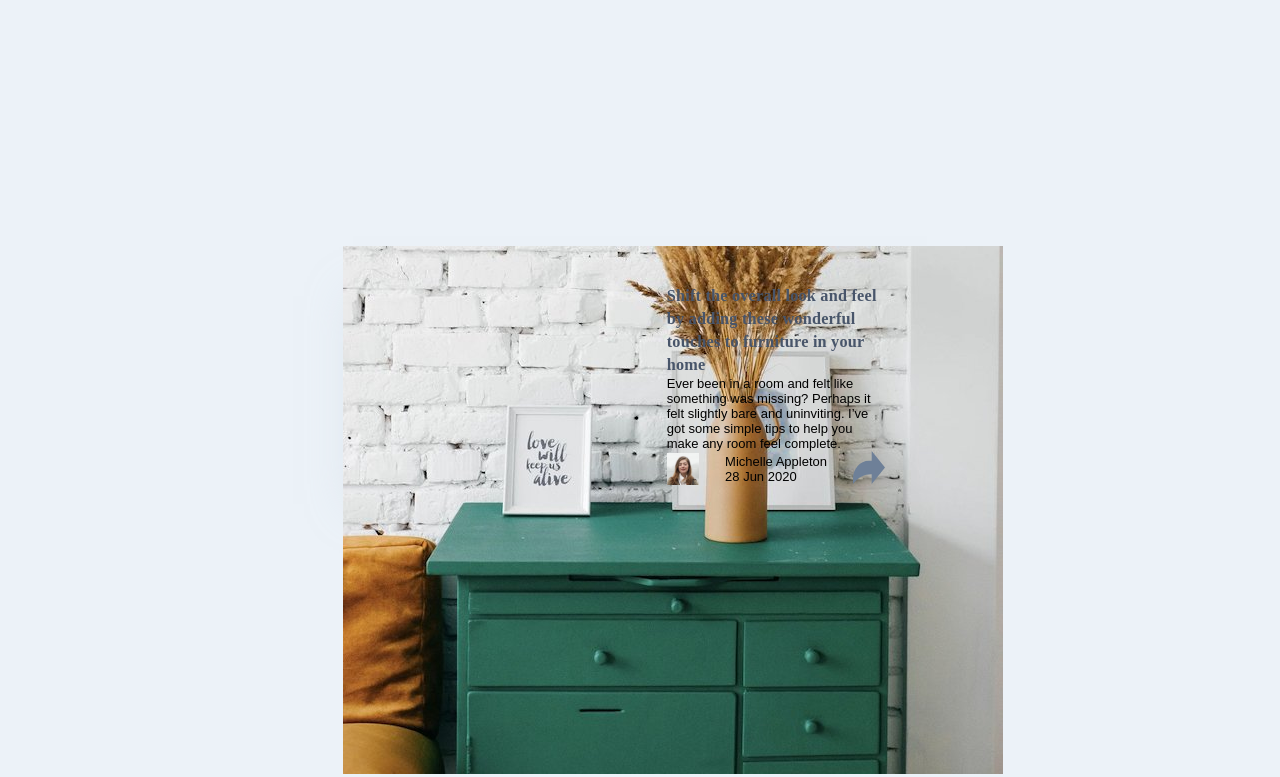
Repository: brandontaylor1/article-preview-component
Page: index.html
These files come from the project's save history. The page is drawn as it stood at one moment and after the next save; the edit follows.
The browser window is 1280 px wide. The pictures show the whole page.

Above is the page before, as saved 2025-01-13 21:49:44.

After the next save:
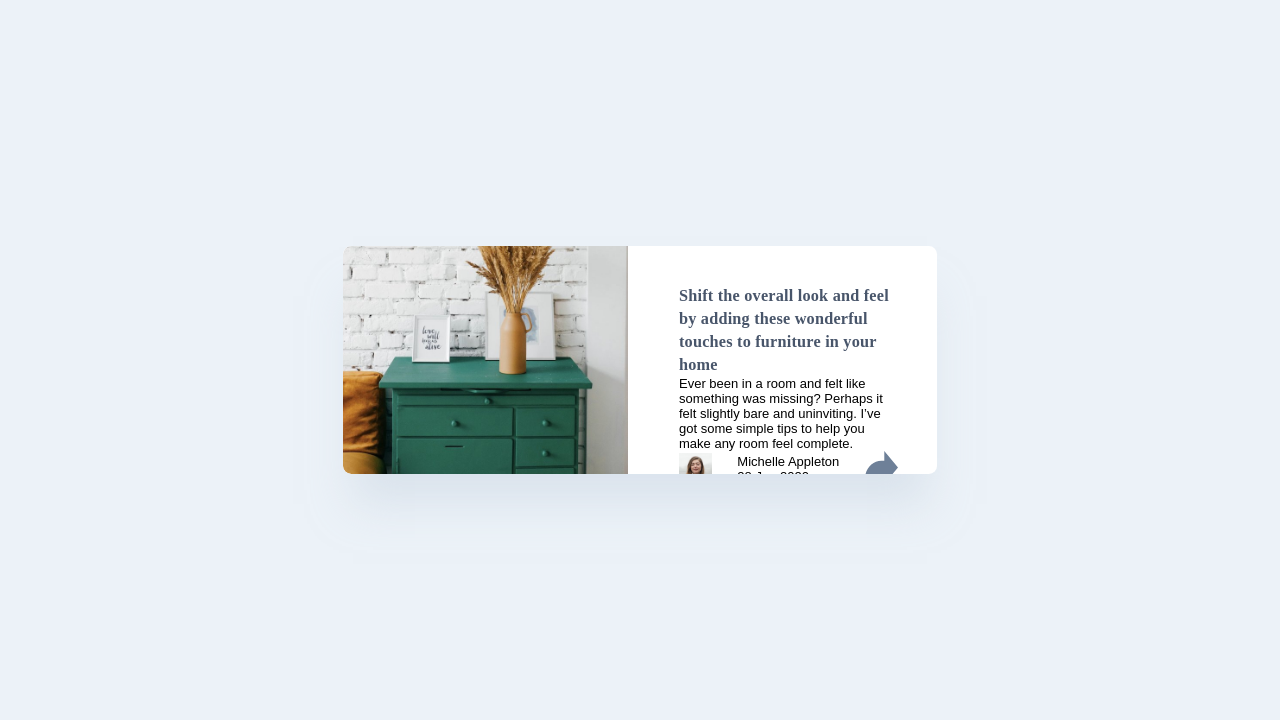
Saved 9 s later.
--- a/styles.css
+++ b/styles.css
@@ -34,19 +34,23 @@ body {
     height: 17.5rem;
     flex-shrink: 0;
     display: grid;
-    grid-template-columns: .75fr auto;
+    grid-template-columns: 1fr 1fr;
     grid-template-rows: 1fr;
     border-radius: 0.625rem;
     background: #FFF;
     box-shadow: 0px 40px 40px -10px rgba(201, 213, 225, 0.50);
-
+    overflow: hidden;
 }
 
 .img-container {
     width: 21.87rem;
-
 }
 
+.img-container img {
+    width: 100%;
+    height: auto;
+    border-radius: 0.625rem 0 0 0.625rem;
+}
 
 .component-content {
     width: 22.8125rem;
